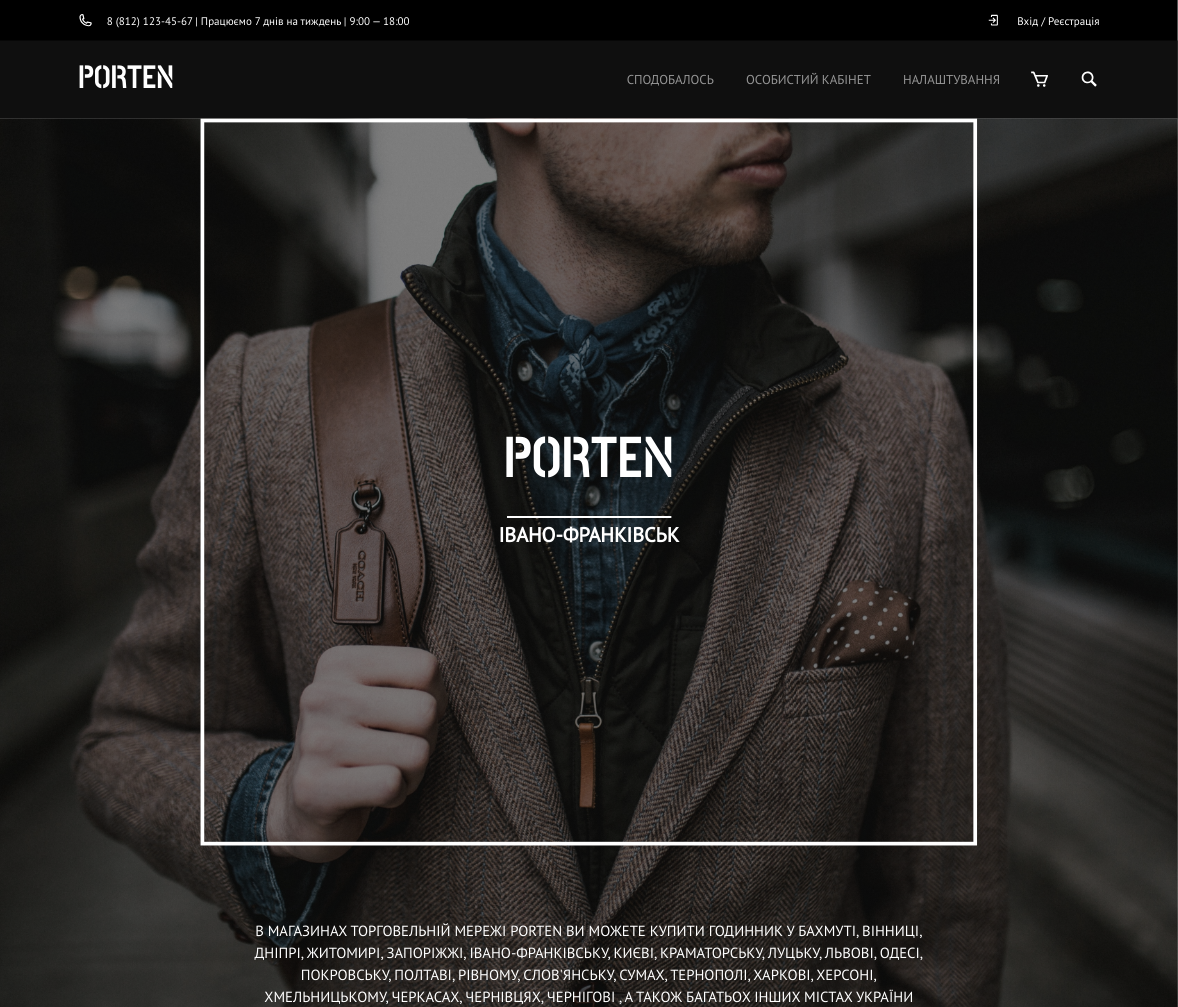
Repository: KYUUBI-K/porten
Page: index.html
An editor plug-in stored every save of this project. The page is shown before and after the next save, followed by the edit.
The browser window is 1280 px wide. The pictures show the whole page, at 92% of full size.

Above is the page before, as saved 2025-09-09 21:24:21.

After the next save:
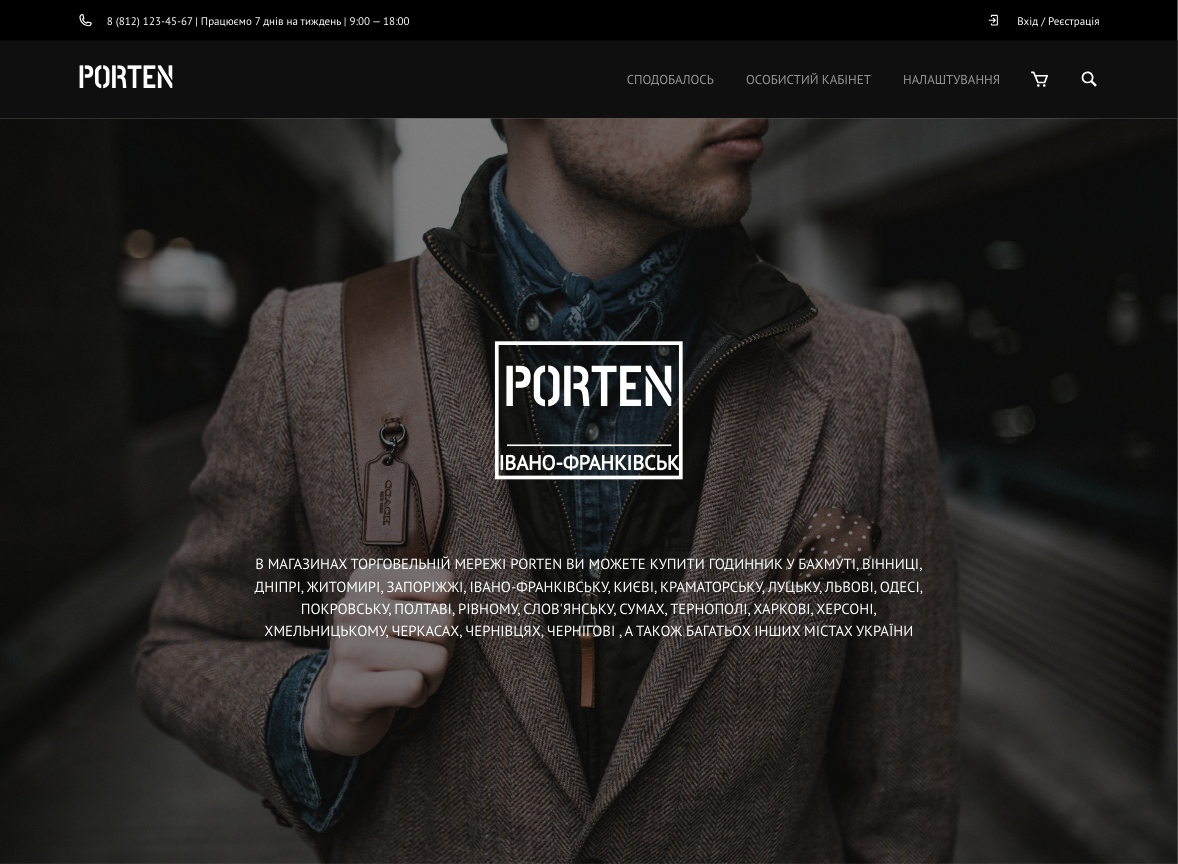
Saved 26 s later.
--- a/styles.css
+++ b/styles.css
@@ -143,7 +143,7 @@
 .banner-logo {
   margin-bottom: 80px;
   border: 4px solid #fff;
-  padding: 320px;
+  /* padding: 93px 61px 94px 61px; */
 }
 .banner-title {
   font-family: var(--font-family-logo);
